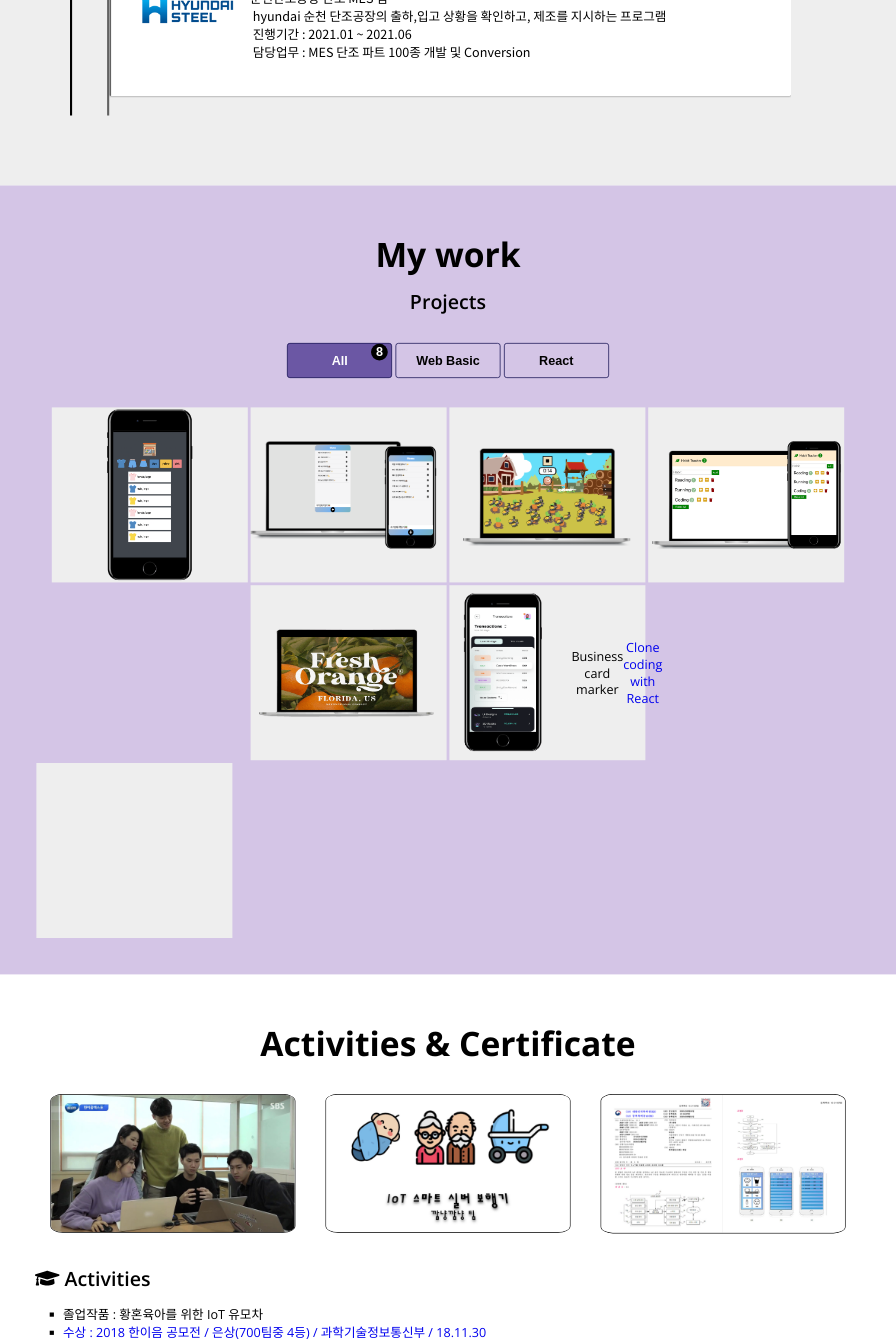
Repository: salangdung-i/portfolio
Page: index.html
The author's editor kept a copy of each file at every save. The page is drawn from the files as they stood at one save, then again after the next save.
The browser window is 1280 px wide. The pictures show the part of the page from y = 3140 to 5060 px (the page is 5739 px tall), at 70% of full size.
Some web fonts or font styles are not loaded; a fallback is used. Some web libraries are served in a nearby version.

Above is the page before, as saved 2021-12-27 12:46:13.

After the next save:
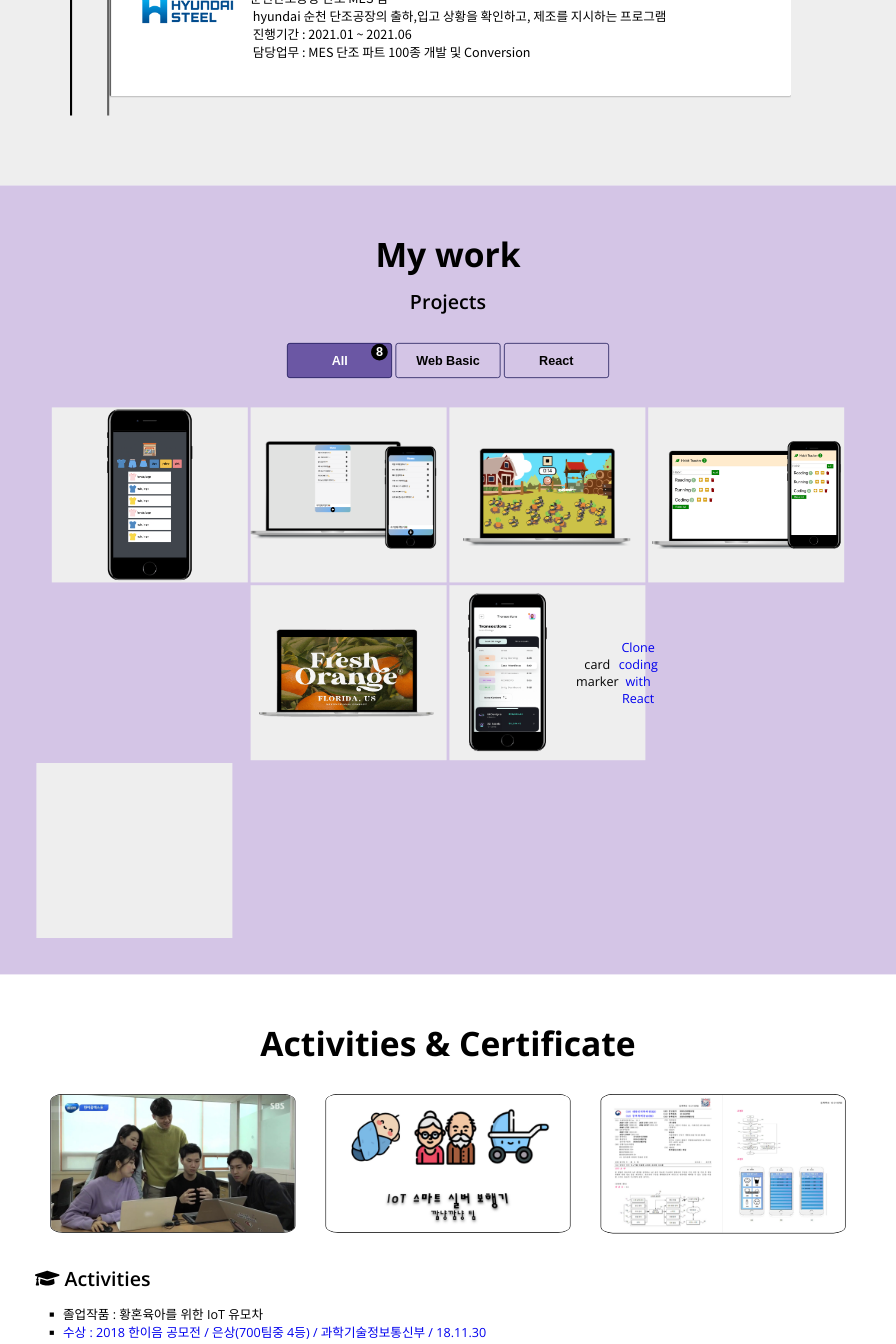
Saved 54 s later.
--- a/index.html
+++ b/index.html
@@ -248,7 +248,7 @@
         <a href="https://github.com/salangdung-i/business-card-marker" class="project" target="blank" data-type="react">
           <img class="project__img" src="imgs/projects/project7.png" alt="business-card-marker imgs>
           <div class=" project__description">
-          <h3>Business card marker</h3>
+          <h3>card marker</h3>
           <span>Clone coding with React</span>
       </div>
       </a>
